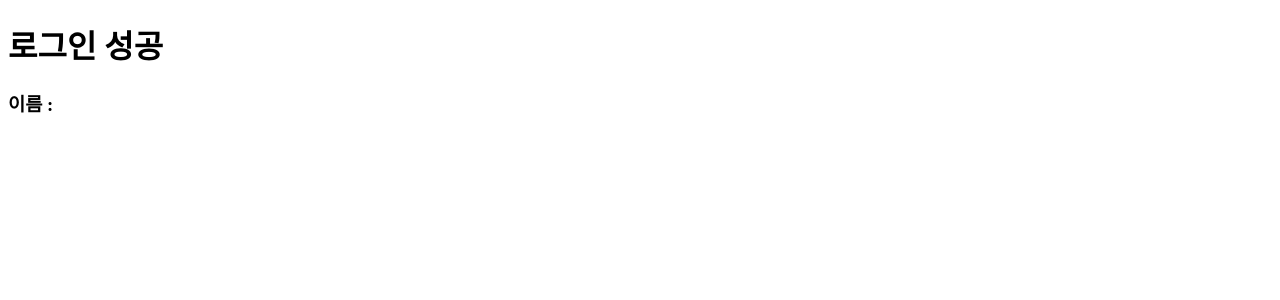
Repository: sinaboro/JSP201310
Page: http://localhost/web-study-04/04_main.jsp
These files come from the project's save history. The page is drawn as it stood at one moment and after the next save; the edit follows.
The browser window is 1280 px wide. The pictures show the whole page.
The page is served by Tomcat 9.

Above is the page before, as saved 2023-10-11 02:12:47.

### web-study-04/src/main/webapp/04_main.jsp
<%@ page language="java" contentType="text/html; charset=UTF-8"
    pageEncoding="UTF-8"%>
<!DOCTYPE html>
<html>
<head>
<meta charset="UTF-8">
<title>Insert title here</title>
</head>
<body>
	<h1>로그인 성공</h1>
	<h3>이름 : </h3>
</body>
</html>

After the next save:
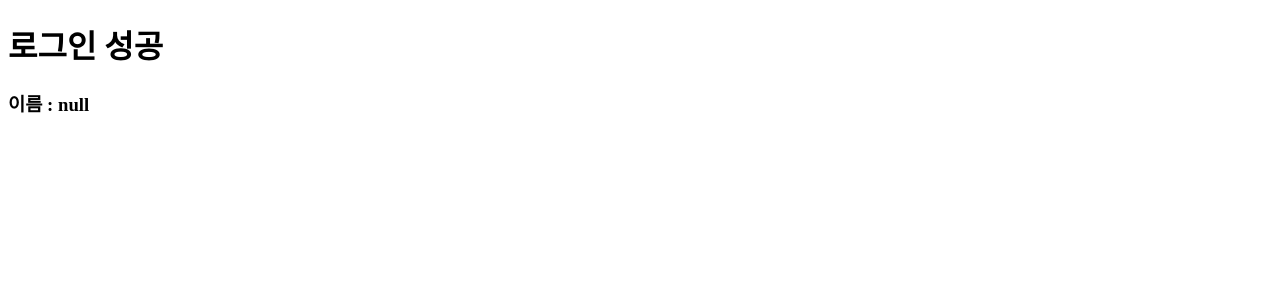
Saved 16 s later.
--- a/web-study-04/src/main/webapp/04_main.jsp
+++ b/web-study-04/src/main/webapp/04_main.jsp
@@ -8,6 +8,6 @@
 </head>
 <body>
 	<h1>로그인 성공</h1>
-	<h3>이름 : </h3>
+	<h3>이름 : <%=request.getParameter("name") %></h3>
 </body>
 </html>
